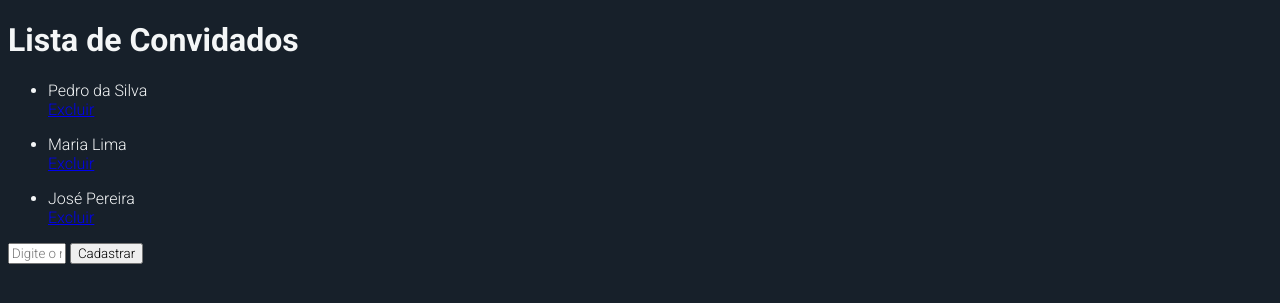
Repository: andrevff/lista-de-convidados
Page: index.html
These files come from the project's save history. The page is drawn as it stood at one moment and after a run of saves; the edit follows.
The browser window is 1280 px wide. The pictures show the whole page.

Above is the page before, as saved 2022-11-29 17:24:52.

After the next 2 saves:
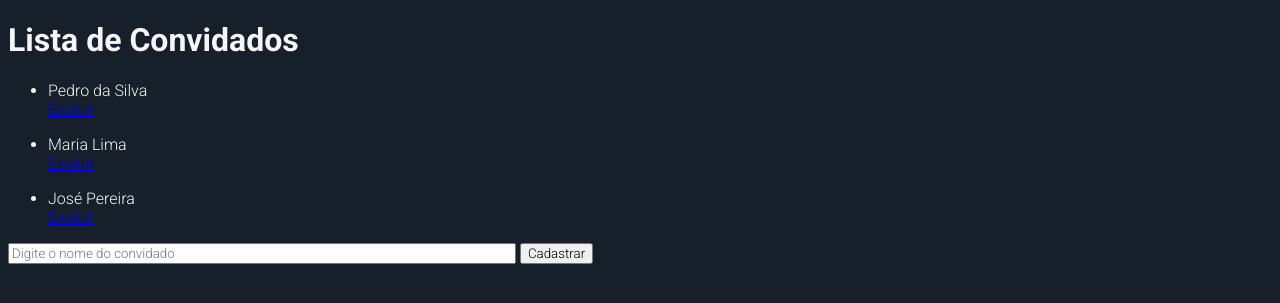
The 2 saves are shown as one change because they came seconds apart.
The last was saved 12 s later.
--- a/assets/css/styles.css
+++ b/assets/css/styles.css
@@ -14,5 +14,5 @@
 }
 
 input {
-    width: 50px;
+    width: 500px
 }
